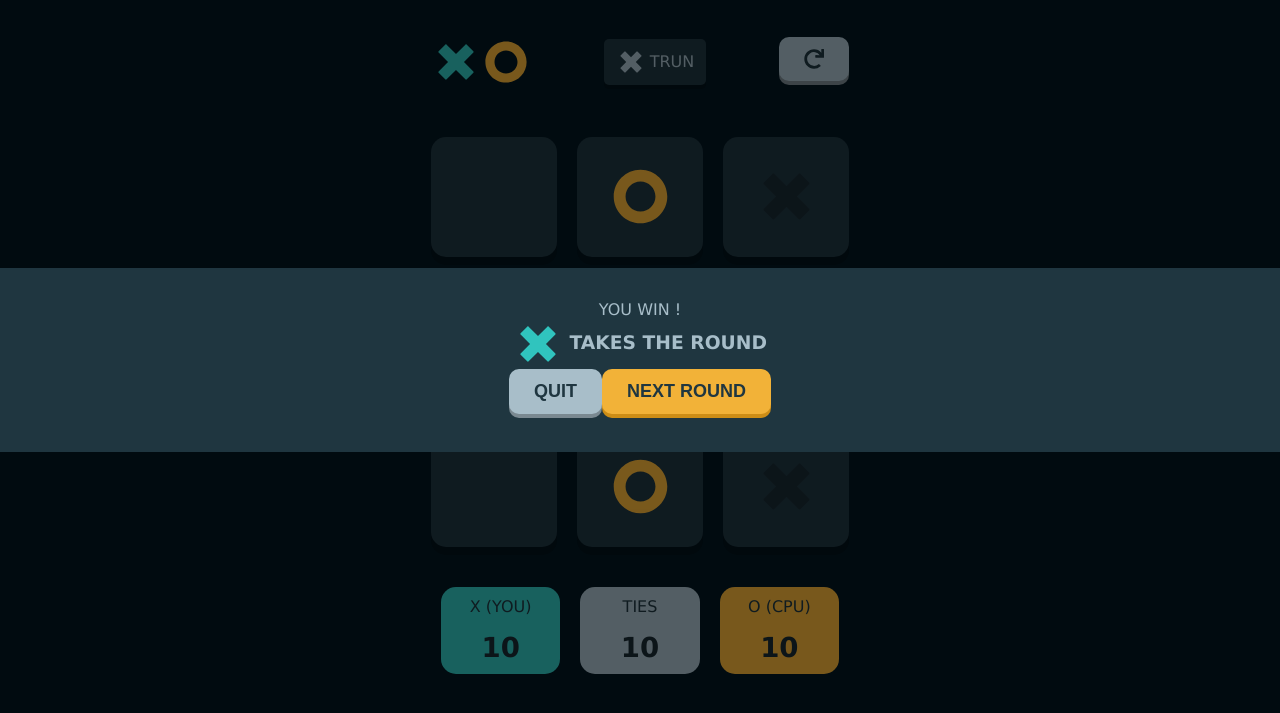
Repository: SD-Mdouka/XO_GAME
Page: /
An editor plug-in stored every save of this project. The page is shown before and after the next save, followed by the edit.
The browser window is 1280 px wide. The pictures show the whole page.
The project was rebuilt for these pictures with package versions that can differ from the ones it lists, and the page was loaded fresh each time. Also part of the build but not shown: src/component/start/Start.js.

Above is the page before, as saved 2022-08-29 18:00:43.

After the next save:
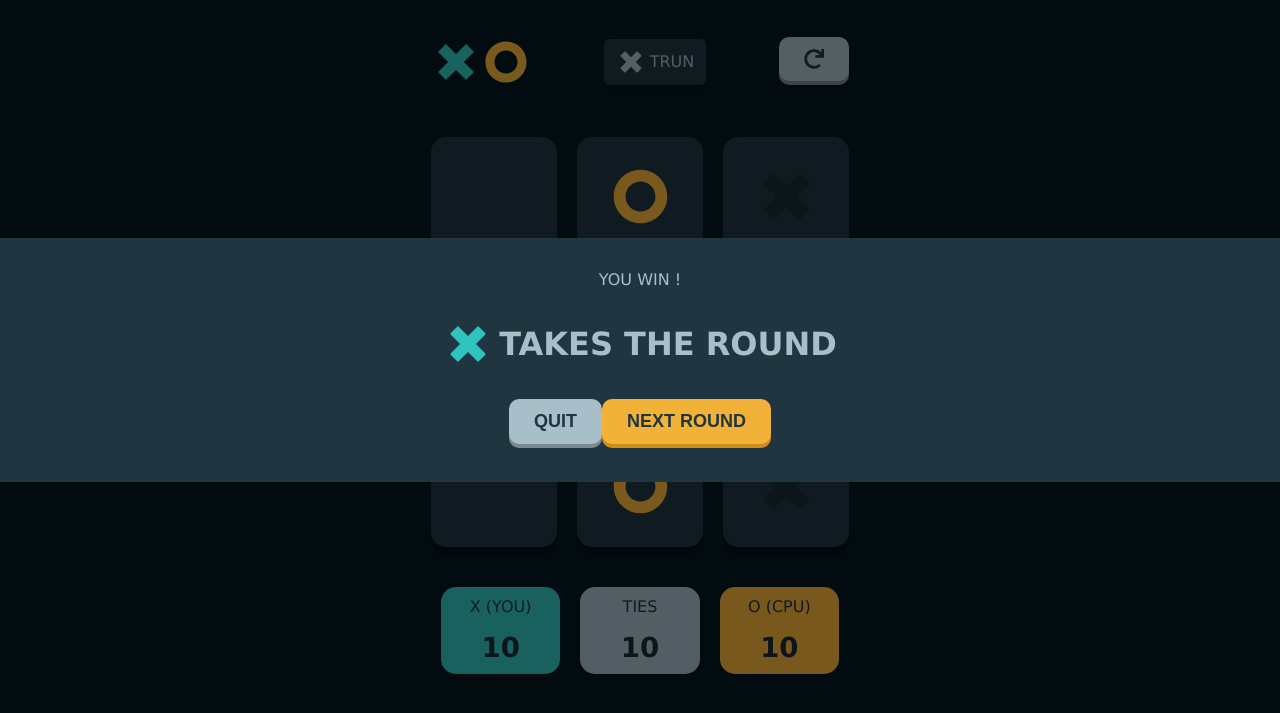
Saved 33 s later.
--- a/src/component/modal/Win.js
+++ b/src/component/modal/Win.js
@@ -5,7 +5,7 @@ const Win = () => {
   return (
     <div className="score">
       <p>you win !</p>
-      <h3>
+      <h3 className="score__title">
         <Xicon /> Takes the round
       </h3>
       <div className="scor__btn">
